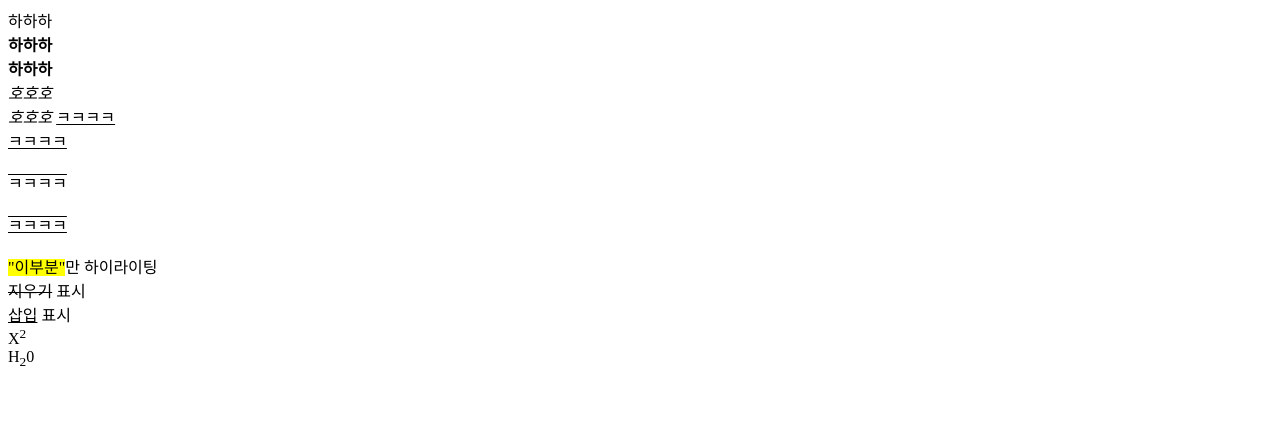
Repository: AkaKSR/Java_Convergence_New
Page: HTML0826/WebContent/Ex06.html
The author's editor kept a copy of each file at every save. The page is drawn from the files as they stood at one save, then again after the next save.
The browser window is 1280 px wide. The pictures show the whole page.

Above is the page before, as saved 2019-08-26 07:37:38.

### HTML0826/WebContent/Ex06.html
<!DOCTYPE html>
<html>
<head>
<meta charset="UTF-8">
<title>서식</title>
</head>
<body>
하하하<br>
<b>하하하</b><br>
<strong>하하하</strong><br>
<em>호호호</em><br>
<i>호호호</i>
<u>ㅋㅋㅋㅋ</u><br> <!-- 삭제된 태그 -->
<div style="text-decoration: underline;">ㅋㅋㅋㅋ</div><br>
<div style="text-decoration: overline;">ㅋㅋㅋㅋ</div><br>
<div style="text-decoration: underline overline;">ㅋㅋㅋㅋ</div><br>
<mark>"이부분"</mark>만 하이라이팅<br> <!-- 하이라이팅 -->
<del>지우기</del> 표시<br> <!--  취소선 -->
<ins>삽입</ins> 표시<br> <!-- 밑줄 -->
X<sup>2</sup><br> <!-- 윗첨자 -->
H<sub>2</sub>0<br> <!-- 아래첨자 -->
</body>
</html>

After the next save:
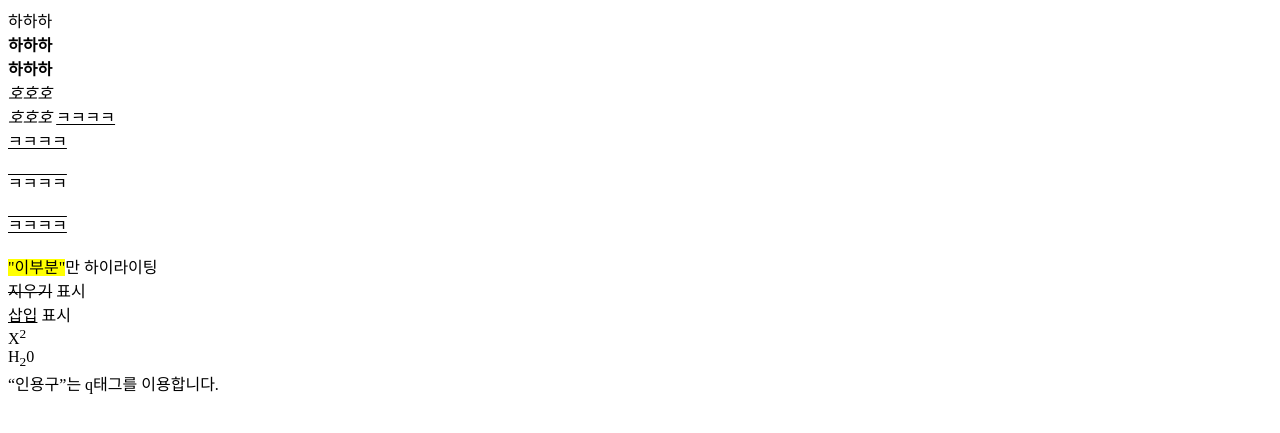
Saved 94 s later.
--- a/HTML0826/WebContent/Ex06.html
+++ b/HTML0826/WebContent/Ex06.html
@@ -19,5 +19,6 @@
 <ins>삽입</ins> 표시<br> <!-- 밑줄 -->
 X<sup>2</sup><br> <!-- 윗첨자 -->
 H<sub>2</sub>0<br> <!-- 아래첨자 -->
+<q>인용구</q>는 q태그를 이용합니다.
 </body>
 </html>
